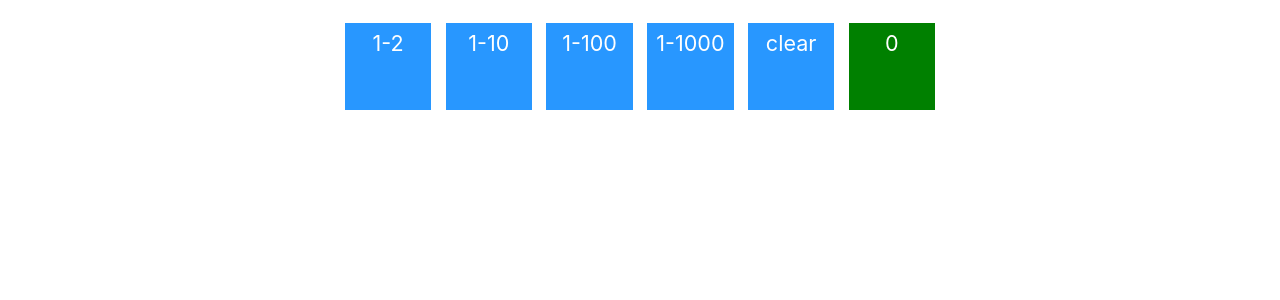
Repository: michalgornicki/number-generator
Page: /
An editor plug-in stored every save of this project. The page is shown before and after the next save, followed by the edit.
The browser window is 1280 px wide. The pictures show the whole page.
The project was rebuilt for these pictures with package versions that can differ from the ones it lists, and the page was loaded fresh each time.

Above is the page before, as saved 2021-12-03 14:24:31.

### src/App.jsx
import React, { useState } from "react";
import "./App.css";

function App() {
  const [state, setState] = useState([]);
  var sum = state.length > 0 ? state.reduce((a, b) => a + b) : 0;

  return (
    <p>
      <div className="button-container">
        <div
          className="button"
          onClick={() =>
            setState([...state, Math.floor(Math.random() * 2 + 1)])
          }
        >
          1-2
        </div>
        <div
          className="button"
          onClick={() => setState([...state, Math.floor(Math.random() * 10)])}
        >
          1-10
        </div>
        <div
          className="button"
          onClick={() => setState([...state, Math.floor(Math.random() * 100)])}
        >
          1-100
        </div>
        <div
          className="button"
          onClick={() => setState([...state, Math.floor(Math.random() * 1000)])}
        >
          1-1000
        </div>
        <div className="button" onClick={() => setState([])}>
          clear
        </div>
        <div className="button green">{sum}</div>
      </div>

      <div className="map">
        {state.map((item, index) => {
          return (
            <div className="map-item">
              {item} {console.log(index)}
            </div>
          );
        })}
      </div>
    </p>
  );
}

export default App;

### src/App.css
body{
    user-select: none;
}

.button-container{
    display: block;
    margin:auto;
    display: flex;
    justify-content: center;
}

.button{
    width: 10vmin;
    height: 10vmin;
    background-color: rgb(40, 151, 255);
    color: white;
    padding: 1vmin;
    margin: 1vmin;
    cursor: pointer;
    text-align: center;
    font-size: 3vmin;
}

.green{
    background-color: green;
}

.map{
    display: flex;
    flex-wrap: wrap;
    margin: auto;
    text-align: center;
    width: fit-content;
    width: 60%;
}

.map-item{
    padding: 2vmin;
    font-size: 7vmin;
    transition: 1s;
    color: rgb(161, 161, 161);
}

Loaded but not shown: public/index.html (common file); src/index.js (common file); src/index.css (common file); src/reportWebVitals.js (common file)

After the next save:
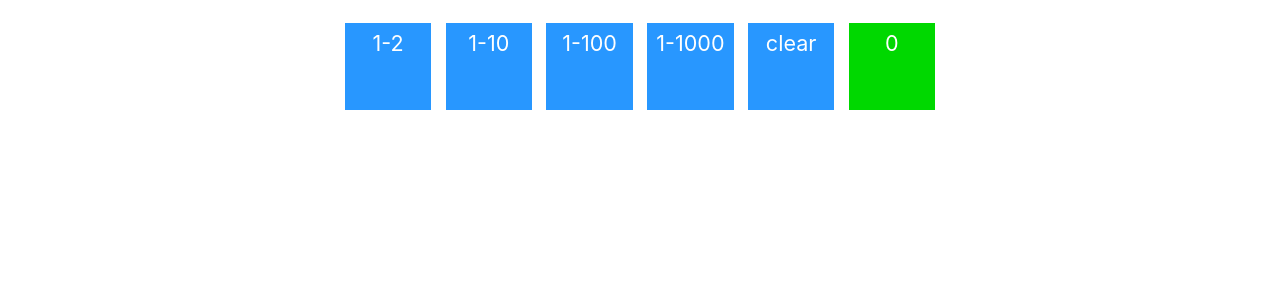
Saved 58 s later.
--- a/src/App.css
+++ b/src/App.css
@@ -22,7 +22,7 @@ body{
 }
 
 .green{
-    background-color: green;
+    background-color: rgb(0, 216, 0);
 }
 
 .map{
